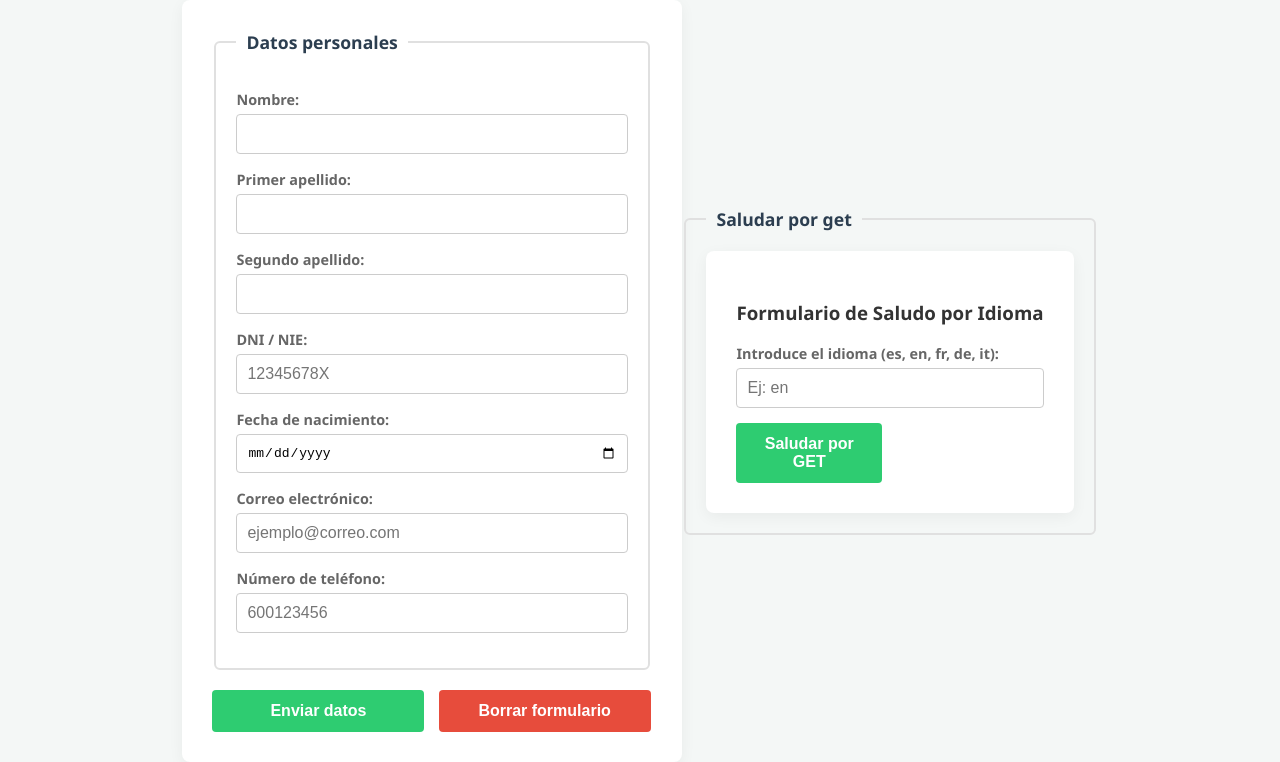
Repository: Daniel-gc271/Acceso-a-datos
Page: webapp-example/src/main/webapp/Ej5-post.html
The author's editor kept a copy of each file at every save. The page is drawn from the files as they stood at one save, then again after the next save.
The browser window is 1280 px wide. The pictures show the whole page.

Above is the page before, as saved 2026-10-05 10:32:37.

### webapp-example/src/main/webapp/Ej5-post.html
<!DOCTYPE html>
<html>
<head>
<meta charset="UTF-8">
<title>Insert title here</title>
<link rel="stylesheet" href="estilos.css">
</head>
<body>
	<form action="Ej5Post_ejemplo" method="post">
		<fieldset>
			<legend>Datos personales</legend>

			<!-- Nombre -->
			<p>
				<label for="nombre">Nombre:</label> <input type="text" name="nombre"
					id="nombre" required>
			</p>

			<!-- Apellidos -->
			<p>
				<label for="apellido1">Primer apellido:</label> <input type="text"
					name="apellido1" id="apellido1" required>
			</p>
			<p>
				<label for="apellido2">Segundo apellido:</label> <input type="text"
					name="apellido2" id="apellido2">
			</p>

			<!-- DNI / NIE -->
			<p>
				<label for="dni">DNI / NIE:</label> <input type="text" name="dni"
					id="dni" placeholder="12345678X">
			</p>

			<!-- Fecha de nacimiento -->
			<p>
				<label for="nacimiento">Fecha de nacimiento:</label> <input
					type="date" name="nacimiento" id="nacimiento">
			</p>

			<!-- Correo electrónico -->
			<p>
				<label for="email">Correo electrónico:</label> <input type="email"
					name="email" id="email" placeholder="ejemplo@correo.com">
			</p>

			<!-- Número de teléfono -->
			<p>
				<label for="telefono">Número de teléfono:</label> <input type="tel"
					name="telefono" id="telefono" placeholder="600123456">
			</p>

		</fieldset>

		<!-- Botones de acción -->
		<button type="submit">Enviar datos</button>
		<button type="reset">Borrar formulario</button>
	</form>

<fieldset>
			<legend>Saludar por get</legend>
	<form action="Ej5Post_ejemplo" method="get" >
	<h3>Formulario de Saludo por Idioma</h3>

	<!-- Enviamos la variable saludo de forma fija -->
	<input type="hidden" name="saludo" value="Hola">

	<p>
		<label for="idioma">Introduce el idioma (es, en, fr, de, it):</label>
		<input type="text" name="idioma" id="idioma" placeholder="Ej: en" required>
	</p>

	<button type="submit">Saludar por GET</button>
</form>
</fieldset>


</body>
</html>

### webapp-example/src/main/webapp/estilos.css
/* Estilos generales */
body {
    font-family: 'Segoe UI', Tahoma, Geneva, Verdana, sans-serif;
    background-color: #f4f7f6;
    color: #333;
    display: flex;
    justify-content: center;
    align-items: center;
    min-height: 100vh;
    margin: 0;
}

/* Contenedor del formulario */
form {
    background-color: #ffffff;
    padding: 30px;
    border-radius: 8px;
    box-shadow: 0 4px 15px rgba(0, 0, 0, 0.05);
    max-width: 500px;
    width: 100%;
    box-sizing: border-box;
}

/* Agrupación por secciones */
fieldset {
    border: 2px solid #e0e0e0;
    border-radius: 6px;
    padding: 20px;
    margin-bottom: 20px;
}

legend {
    font-weight: bold;
    color: #2c3e50;
    padding: 0 10px;
    font-size: 1.1em;
}

/* Filas del formulario */
p {
    margin-bottom: 15px;
    display: flex;
    flex-direction: column;
}

/* Etiquetas */
label {
    margin-bottom: 5px;
    font-size: 0.9em;
    color: #666;
    font-weight: 600;
}

/* Campos de entrada (inputs) */
input[type="text"],
input[type="date"],
input[type="email"],
input[type="tel"] {
    padding: 10px;
    border: 1px solid #ccc;
    border-radius: 4px;
    font-size: 1em;
    outline: none;
    transition: border-color 0.3s ease;
}

input:focus {
    border-color: #3498db;
    box-shadow: 0 0 5px rgba(52, 152, 219, 0.3);
}

/* Botones */
button {
    padding: 12px 20px;
    border: none;
    border-radius: 4px;
    font-size: 1em;
    font-weight: bold;
    cursor: pointer;
    transition: background-color 0.3s ease;
    margin-right: 10px;
    width: calc(50% - 8px);
    display: inline-block;
}

button[type="submit"] {
    background-color: #2ecc71;
    color: white;
}

button[type="submit"]:hover {
    background-color: #27ae60;
}

button[type="reset"] {
    background-color: #e74c3c;
    color: white;
    margin-right: 0;
}

button[type="reset"]:hover {
    background-color: #c0392b;
}

/* Responsive para los botones */
@media (max-width: 480px) {
    button {
        width: 100%;
        margin-bottom: 10px;
        margin-right: 0;
    }
    button[type="reset"] {
        margin-bottom: 0;
    }
}

After the next save:
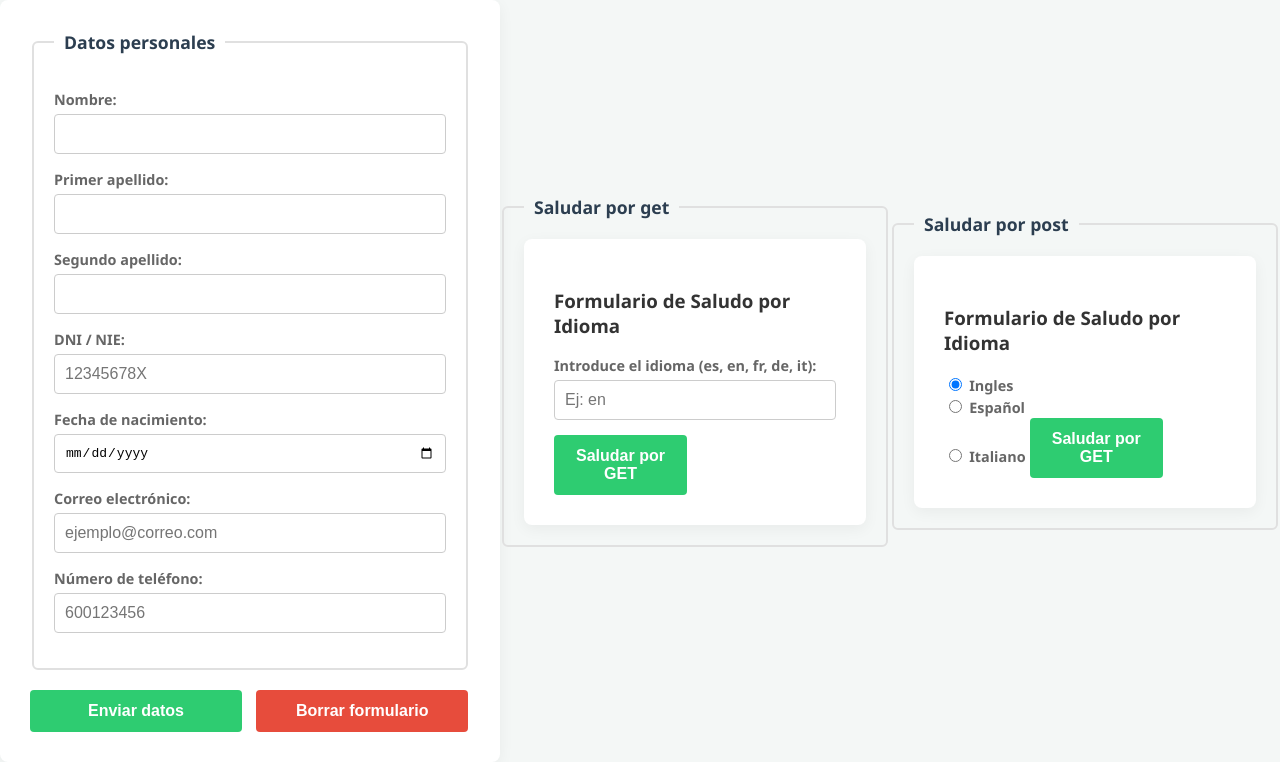
Saved 4 min 28 s later.
--- a/webapp-example/src/main/webapp/Ej5-post.html
+++ b/webapp-example/src/main/webapp/Ej5-post.html
@@ -75,5 +75,31 @@
 </fieldset>
 
 
+
+<fieldset>
+			<legend>Saludar por post</legend>
+	<form action="Ej5Post_ejemplo" method="post" >
+	<h3>Formulario de Saludo por Idioma</h3>
+
+
+
+
+  <input type="radio" id="ingles" name="so" value="Hello World!" checked>
+  <label for="ingles">Ingles</label><br>
+
+  <input type="radio" id="español" name="so" value="19 de julio de 2026 campeones del mundo!">
+  <label for="español">Español</label><br>
+
+  <input type="radio" id="italiano" name="so" value="linux">
+  <label for="italiano">Italiano</label>
+
+
+
+
+	<button type="submit">Saludar por GET</button>
+</form>
+</fieldset>
+
+
 </body>
 </html>
